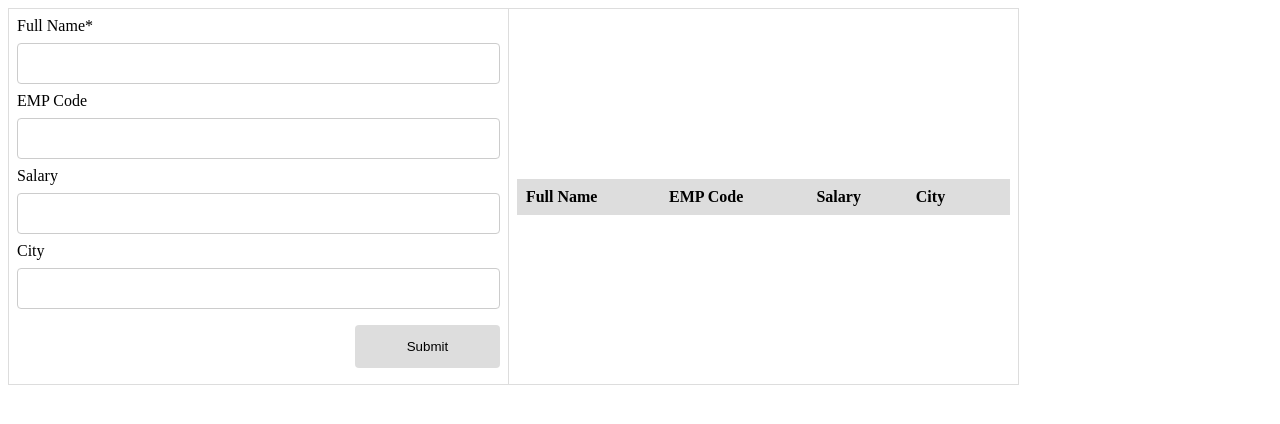
Repository: JohnRudolph1/CRUD-App
Page: index.html
An editor plug-in stored every save of this project. The page is shown before and after a run of saves, followed by the edit.
The browser window is 1280 px wide. The pictures show the whole page.

Above is the page before, as saved 2021-12-10 22:55:04.

### index.html
<!DOCTYPE html>
<html>

<head>
    <title>
        Html CRUD with Pure JavaScript
    </title>
    <link rel="stylesheet" href="stylles.css">
</head>

<body>
    <table>
        <tr>
            <td>
                <form onsubmit="event.preventDefault();onFormSubmit();" autocomplete="off">
                    <div>
                        <label>Full Name*</label><label class="validation-error hide" id="fullNameValidationError">This
                            field is required.</label>
                        <input type="text" name="fullName" id="fullName">
                    </div>
                    <div>
                        <label>EMP Code</label>
                        <input type="text" name="empCode" id="empCode">
                    </div>
                    <div>
                        <label>Salary</label>
                        <input type="text" name="salary" id="salary">
                    </div>
                    <div>
                        <label>City</label>
                        <input type="text" name="city" id="city">
                    </div>
                    <div class="form-action-buttons">
                        <input type="submit" value="Submit">
                    </div>
                </form>
            </td>
            <td>
                <table class="list" id="employeeList">
                    <thead>
                        <tr>
                            <th>Full Name</th>
                            <th>EMP Code</th>
                            <th>Salary</th>
                            <th>City</th>
                            <th></th>
                        </tr>
                    </thead>
                    <tbody>

                    </tbody>
                </table>
            </td>
        </tr>
    </table>
    <script src="script.js"></script>
</body>

</html>

### stylles.css
body > table {
  width: 80%;
}

table {
  border-collapse: collapse;
}
table.list {
  width: 100%;
}

td,
th {
  border: 1px solid #dddddd;
  text-align: left;
  padding: 8px;
}
tr:nth-child(even),
table.list thead > tr {
  background-color: #dddddd;
}

input[type="text"],
input[type="number"] {
  width: 100%;
  padding: 12px 20px;
  margin: 8px 0;
  display: inline-block;
  border: 1px solid #ccc;
  border-radius: 4px;
  box-sizing: border-box;
}

input[type="submit"] {
  width: 30%;
  background-color: #ddd;
  color: #000;
  padding: 14px 20px;
  margin: 8px 0;
  border: none;
  border-radius: 4px;
  cursor: pointer;
}

form div.form-action-buttons {
  text-align: right;
}

a {
  cursor: pointer;
  text-decoration: underline;
  color: #0000ee;
  margin-right: 4px;
}

label.validation-error {
  color: red;
  margin-left: 5px;
}

.hide {
  display: none;
}

### script.js
var selectedRow = null;

function onFormSubmit() {
  if (validate()) {
    var formData = readFormData();
    if (selectedRow == null) insertNewRecord(formData);
    else updateRecord(formData);
    resetForm();
  }
}

function readFormData() {
  var formData = {};
  formData["fullName"] = document.getElementById("fullName").value;
  formData["empCode"] = document.getElementById("empCode").value;
  formData["salary"] = document.getElementById("salary").value;
  formData["city"] = document.getElementById("city").value;
  return formData;
}

function insertNewRecord(data) {
  var table = document
    .getElementById("employeeList")
    .getElementsByTagName("tbody")[0];
  var newRow = table.insertRow(table.length);
  cell1 = newRow.insertCell(0);
  cell1.innerHTML = data.fullName;
  cell2 = newRow.insertCell(1);
  cell2.innerHTML = data.empCode;
  cell3 = newRow.insertCell(2);
  cell3.innerHTML = data.salary;
  cell4 = newRow.insertCell(3);
  cell4.innerHTML = data.city;
  cell4 = newRow.insertCell(4);
  cell4.innerHTML = `<a onClick="onEdit(this)">Edit</a>
                       <a onClick="onDelete(this)">Delete</a>`;
}

function resetForm() {
  document.getElementById("fullName").value = "";
  document.getElementById("empCode").value = "";
  document.getElementById("salary").value = "";
  document.getElementById("city").value = "";
  selectedRow = null;
}

function onEdit(td) {
  selectedRow = td.parentElement.parentElement;
  document.getElementById("fullName").value = selectedRow.cells[0].innerHTML;
  document.getElementById("empCode").value = selectedRow.cells[1].innerHTML;
  document.getElementById("salary").value = selectedRow.cells[2].innerHTML;
  document.getElementById("city").value = selectedRow.cells[3].innerHTML;
}
function updateRecord(formData) {
  selectedRow.cells[0].innerHTML = formData.fullName;
  selectedRow.cells[1].innerHTML = formData.empCode;
  selectedRow.cells[2].innerHTML = formData.salary;
  selectedRow.cells[3].innerHTML = formData.city;
}

function onDelete(td) {
  if (confirm("Are you sure to delete this record ?")) {
    row = td.parentElement.parentElement;
    document.getElementById("employeeList").deleteRow(row.rowIndex);
    resetForm();
  }
}
function validate() {
  isValid = true;
  if (document.getElementById("fullName").value == "") {
    isValid = false;
    document.getElementById("fullNameValidationError").classList.remove("hide");
  } else {
    isValid = true;
    if (
      !document
        .getElementById("empCodeValidationError")
        .classList.contains("hide")
    )
      document.getElementById("empCodeValidationError").classList.add("hide");
  }
  return isValid;
}
function validate() {
    isValid = true;
    if (document.getElementById("salary").value == "") {
      isValid = false;
      document.getElementById("salaryValidationError").classList.remove("hide");
    } else {
      isValid = true;
      if (
        !document
          .getElementById("salaryValidationError")
          .classList.contains("hide")
      )
        document.getElementById("salaryValidationError").classList.add("hide");
    }
    return isValid;
  }
  function validate() {
    isValid = true;
    if (document.getElementById("city").value == "") {
      isValid = false;
      document.getElementById("cityValidationError").classList.remove("hide");
    } else {
      isValid = true;
      if (
        !document
          .getElementById("cityValidationError")
          .classList.contains("hide")
      )
        document.getElementById("cityValidationError").classList.add("hide");
    }
    return isValid;
  }

After the next 3 saves:
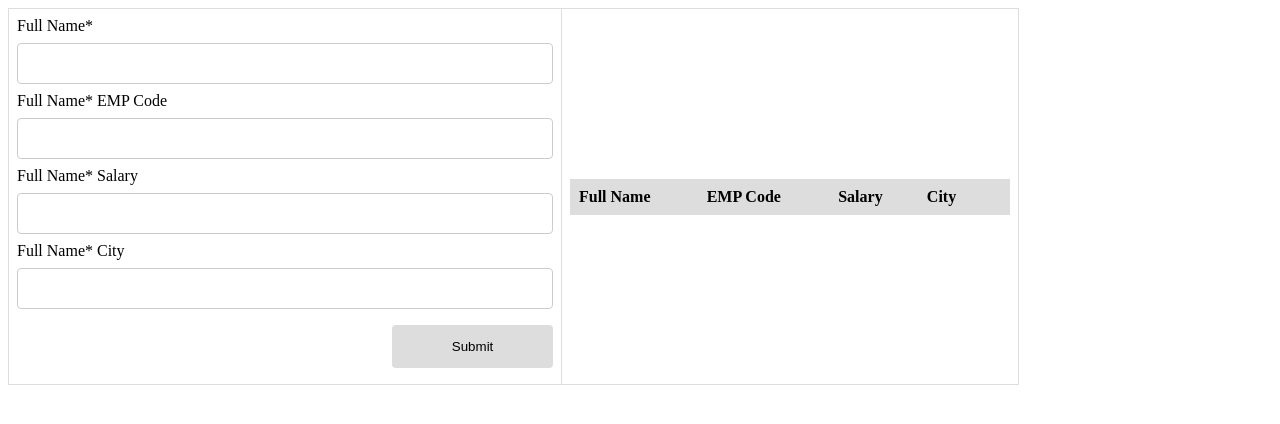
The 3 saves are shown as one change because they came seconds apart.
The last was saved 38 s later.
--- a/index.html
+++ b/index.html
@@ -19,14 +19,20 @@
                         <input type="text" name="fullName" id="fullName">
                     </div>
                     <div>
+                        <label>Full Name*</label><label class="validation-error hide" id="fullNameValidationError">This
+                            field is required.</label>
                         <label>EMP Code</label>
                         <input type="text" name="empCode" id="empCode">
                     </div>
                     <div>
+                        <label>Full Name*</label><label class="validation-error hide" id="fullNameValidationError">This
+                            field is required.</label>
                         <label>Salary</label>
                         <input type="text" name="salary" id="salary">
                     </div>
                     <div>
+                        <label>Full Name*</label><label class="validation-error hide" id="fullNameValidationError">This
+                            field is required.</label>
                         <label>City</label>
                         <input type="text" name="city" id="city">
                     </div>
